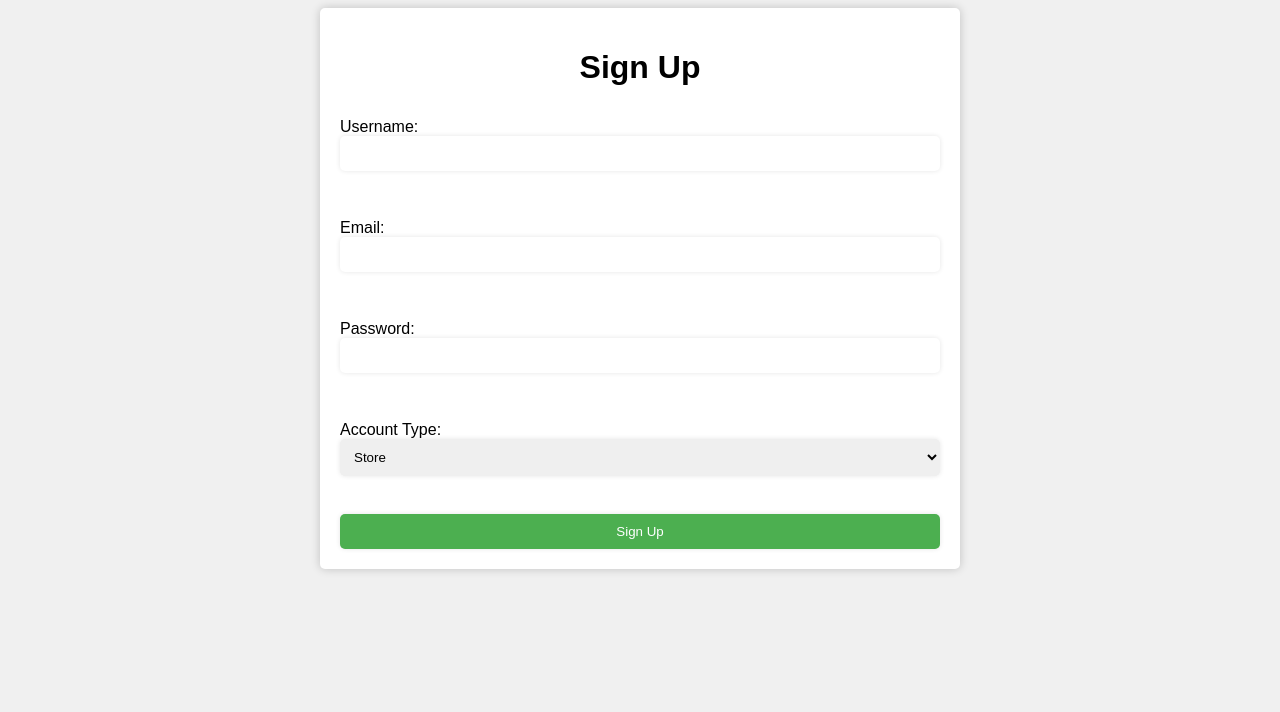
Repository: Minh-John-Le/OfficeSupplyDepot
Page: OfficeSupplyDepotServlet/src/main/webapp/SignUp.html
An editor plug-in stored every save of this project. The page is shown before and after the next save, followed by the edit.
The browser window is 1280 px wide. The pictures show the whole page.

Above is the page before, as saved 2023-03-12 22:45:52.

### OfficeSupplyDepotServlet/src/main/webapp/SignUp.html
<!DOCTYPE html>
<html lang="en">
<head>
	<meta charset="UTF-8">
	<title>Sign Up</title>
	<link rel="stylesheet" href="SignUp.css">
</head>
<body>
	<div class="container">
		<h1>Sign Up</h1>
		<form id="Sign-up-form" action = "signup" method="post">
			<label for="username">Username:</label>
			<input type="text" id="username" name="username"><br>
			<label for="email">Email:</label>
			<input type="email" id="email" name="email"><br>
			<label for="password">Password:</label>
			<input type="password" id="password" name="password"><br>
			<label for="account-type">Account Type:</label>
			<select id="account-type" name="account-type">
				<option value="store">Store</option>
				<option value="customer">Customer</option>
			</select><br>
			<input type="submit" value="Sign Up">
		</form>
	</div>
</body>
</html>

### OfficeSupplyDepotServlet/src/main/webapp/SignUp.css
body {
	background-color: #f0f0f0;
	font-family: Arial, sans-serif;
}

.container {
	margin: 0 auto;
	max-width: 600px;
	padding: 20px;
	background-color: #fff;
	box-shadow: 0 0 10px rgba(0,0,0,0.2);
	border-radius: 5px;
}

h1 {
	text-align: center;
}

form {
	display: flex;
	flex-direction: column;
}

label {
	margin-top: 10px;
}

input[type=text], input[type=email], input[type=password], select {
	padding: 10px;
	border-radius: 5px;
	border: none;
	box-shadow: 0 0 5px rgba(0,0,0,0.1);
	margin-bottom: 20px;
}

input[type=submit] {
	background-color: #4CAF50;
	color: #fff;
	padding: 10px;
	border-radius: 5px;
	border: none;
	box-shadow: 0 0 5px rgba(0,0,0,0.1);
	cursor: pointer;
}

input[type=submit]:hover {
	background-color: #3e8e41;
}

After the next save:
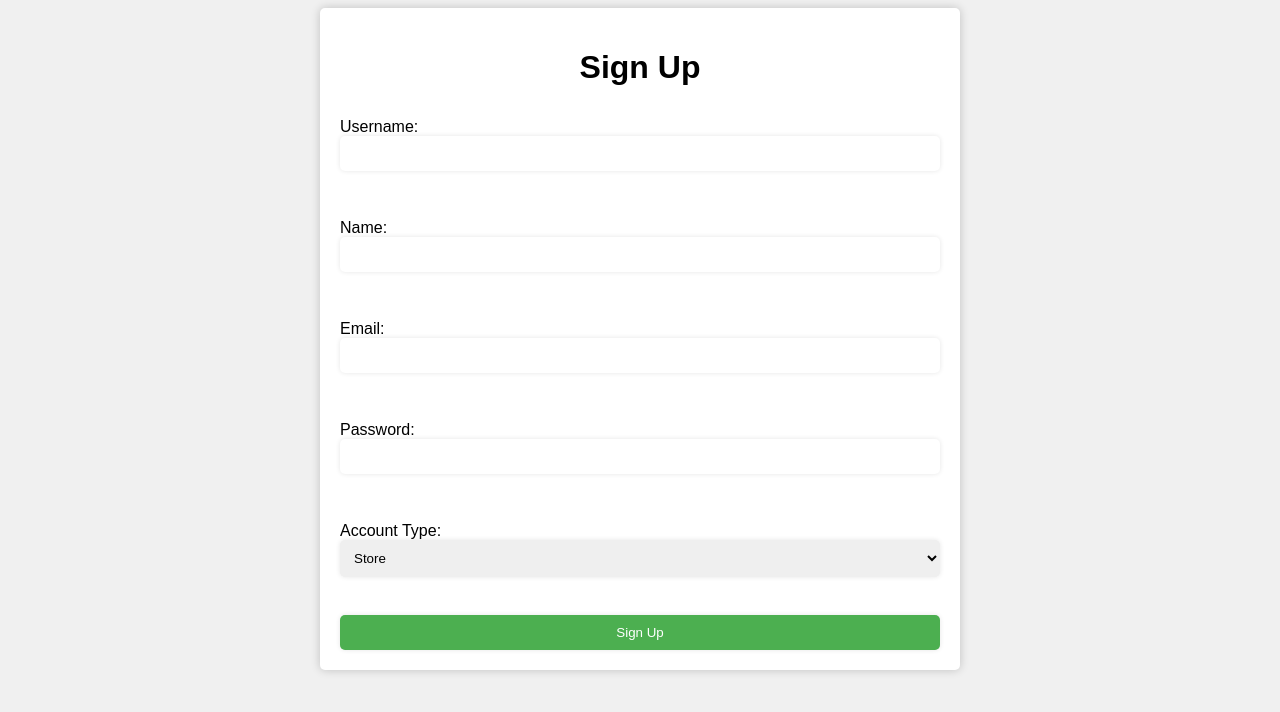
Saved 35 s later.
--- a/OfficeSupplyDepotServlet/src/main/webapp/SignUp.html
+++ b/OfficeSupplyDepotServlet/src/main/webapp/SignUp.html
@@ -11,6 +11,8 @@
 		<form id="Sign-up-form" action = "signup" method="post">
 			<label for="username">Username:</label>
 			<input type="text" id="username" name="username"><br>
+			<label for="username">Name:</label>
+			<input type="text" id="name" name="name"><br>
 			<label for="email">Email:</label>
 			<input type="email" id="email" name="email"><br>
 			<label for="password">Password:</label>
